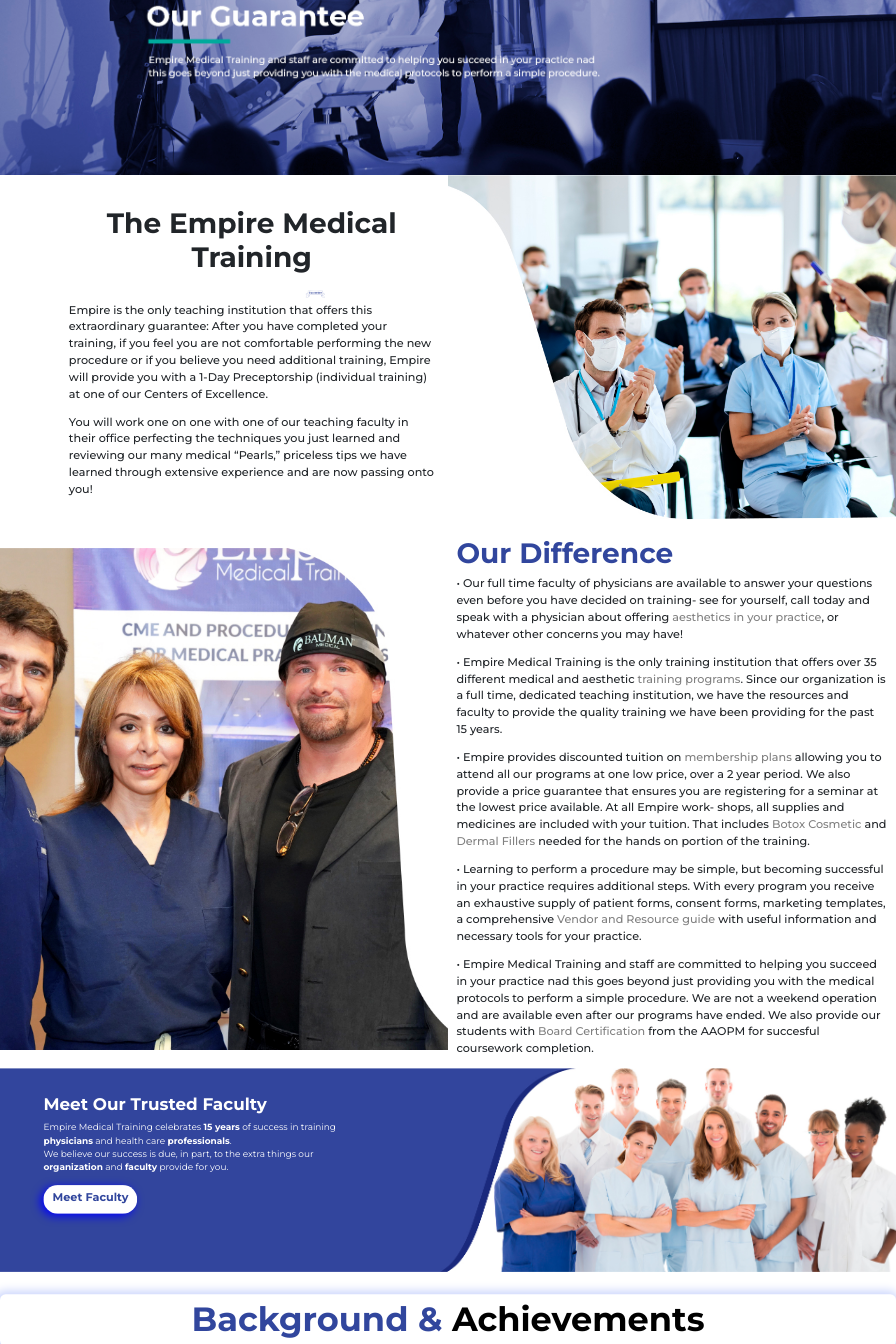
Repository: jorgi710/BODY-CONTOURING-INJECTABLES-AND-ADJUNCT-PROCEDURES
Page: our quarantee/file/public/index.html
These files come from the project's save history. The page is drawn as it stood at one moment and after the next save; the edit follows.
The browser window is 1280 px wide. The pictures show the part of the page from y = 310 to 2230 px (the page is 5751 px tall before and 5828 px after), at 70% of full size.

Above is the page before, as saved 2021-04-07 11:38:35.

### our quarantee/file/public/index.html
<!DOCTYPE html>
<html lang="en">
  <head>
    <meta charset="UTF-8" />
    <meta http-equiv="X-UA-Compatible" content="IE=edge" />
    <meta name="viewport" content="width=device-width, initial-scale=1.0" />
    <title>Page_3</title>

    <link
      href="https://cdn.jsdelivr.net/npm/bootstrap@5.0.0-beta3/dist/css/bootstrap.min.css"
      rel="stylesheet"
      integrity="sha384-eOJMYsd53ii+scO/bJGFsiCZc+5NDVN2yr8+0RDqr0Ql0h+rP48ckxlpbzKgwra6"
      crossorigin="anonymous"
    />
    <link
      href="https://fonts.googleapis.com/css2?family=Montserrat:wght@400;500;600;700&display=swap"
      rel="stylesheet"
    />
    <link rel="stylesheet" href="css/style.css" />
  </head>
  <body>
    <header>
      <div class="container-fluid m-0 p-0">
        <img src="img/header.jpg" alt="header" class="img-fluid m-0 p-0" />
      </div>
    </header>
    <main>
      <section class="section_1">
        <div class="container-fluid">
          <div class="fila-1">
            <div class="row">
              <div class="col-sm-12 col-md-6 text-start">
                <div class="content_section_1">
                  <h1 class="bold mb-3 mt-3">The Empire Medical Training</h1>
                  <img src="img/logo_main.jpg" alt="logo_guarantee" class="logo" />
                  <p class="medium">
                    Empire is the only teaching institution that offers this
                    extraordinary guarantee: After you have completed your
                    training, if you feel you are not comfortable performing the
                    new procedure or if you believe you need additional
                    training, Empire will provide you with a 1-Day Preceptorship
                    (individual training) at one of our Centers of Excellence.
                  </p>
                  <p class="medium">
                    You will work one on one with one of our teaching faculty in
                    their office perfecting the techniques you just learned and
                    reviewing our many medical “Pearls,” priceless tips we have
                    learned through extensive experience and are now passing
                    onto you!
                  </p>
                </div>
              </div>
              <div class="col-md-6 justify-content-end p-0">
                <img
                  src="img/section_1_1_web.jpg"
                  alt="the empire medical training"
                  class="d-none d-md-block img-fluid"
                />
                <img
                  src="img/section_1_1_mobil.jpg"
                  alt="the empire medical training"
                  class="d-md-none img-fluid mobil"
                />
              </div>
            </div>
          </div>

          <div class="fila-2">
            <div class="row">
              <div class="col-sm-12 col-md-6 p-0 mt-3">
                <img
                  src="img/section_1_2_web.jpg"
                  alt="Our difference_empire"
                  class="d-none d-md-block"
                />
                <img
                  src="img/section_1_2_mobil.jpg"
                  alt="Our difference_empire"
                  class="d-md-none mobil"
                />
              </div>
              <div class="col-md-6 text-start">
                <h1 class="bold azul mt-4">Our Difference</h1>
                <p class="medium">
                  • Our full time faculty of physicians are available to answer
                  your questions even before you have decided on training- see
                  for yourself, call today and speak with a physician about
                  offering
                  <span class="claro">aesthetics in your practice</span>, or
                  whatever other concerns you may have!
                </p>
                <p class="medium">
                  • Empire Medical Training is the only training institution
                  that offers over 35 different medical and aesthetic
                  <span class="claro">training programs</span>. Since our
                  organization is a full time, dedicated teaching institution,
                  we have the resources and faculty to provide the quality
                  training we have been providing for the past 15 years.
                </p>
                <p class="medium">
                  • Empire provides discounted tuition on
                  <span class="claro">membership plans</span>
                  allowing you to attend all our programs at one low price, over
                  a 2 year period. We also provide a price guarantee that
                  ensures you are registering for a seminar at the lowest price
                  available. At all Empire work- shops, all supplies and
                  medicines are included with your tuition. That includes
                  <span class="claro">Botox Cosmetic</span> and
                  <span class="claro">Dermal Fillers</span> needed for the hands
                  on portion of the training.
                </p>
                <p class="medium">
                  • Learning to perform a procedure may be simple, but becoming
                  successful in your practice requires additional steps. With
                  every program you receive an exhaustive supply of patient
                  forms, consent forms, marketing templates, a comprehensive
                  <span class="claro">Vendor and Resource guide</span> with
                  useful information and necessary tools for your practice.
                </p>
                <p class="medium">
                  • Empire Medical Training and staff are committed to helping
                  you succeed in your practice nad this goes beyond just
                  providing you with the medical protocols to perform a simple
                  procedure. We are not a weekend operation and are available
                  even after our programs have ended. We also provide our
                  students with
                  <span class="claro"> Board Certification</span> from the AAOPM
                  for succesful coursework completion.
                </p>
              </div>
            </div>
          </div>
        </div>
      </section>
      <section class="section_2">
        <div class="panel">
          <img
            src="img/section_2.jpg"
            alt="Meet Our Trusted Faculty"
            class="img-fluid m-0 p-0 d-none d-md-block"
          />
          <img
            src="img/section_2_mobile.jpg"
            alt="Meet Our Trusted Faculty"
            class="img-fluid m-0 p-0 d-md-none mobil"
          />

          <div class="content d-none d-md-block ">
            <h1 class="bold">Meet Our Trusted Faculty</h1>
            <p class="regular">
              Empire Medical Training celebrates
              <span class="bold">15 years</span> of success in training <br />
              <span class="bold">physicians</span> and health care
              <span class="bold">professionals</span>. <br />
              We believe our success is due, in part, to the extra things our
              <br />
              <span class="bold">organization</span> and
              <span class="bold">faculty</span> provide for you.
            </p>
            <button class="btn">
              <h3 class="bold">Meet Faculty</h3>
            </button>
          </div>
        </div>
        <div class="content_mobil d-md-none mobil">
            <h1 class="bold">Meet Our Trusted Faculty</h1>
            <p class="regular">
              Empire Medical Training celebrates
              <span class="bold">15 years</span> of success in training <br />
              <span class="bold">physicians</span> and health care
              <span class="bold">professionals</span>. <br />
              We believe our success is due, in part, to the extra things our
              <br />
              <span class="bold">organization</span> and
              <span class="bold">faculty</span> provide for you.
            </p>
            <button class="btn m-2">
              <h3 class="bold">Meet Faculty</h3>
            </button>
          </div>
        </div>

      </section>
      <section class="section_3 ">
        <div>
          <h1 class="negro bold">
            <span class="azul">Background &</span> Achievements
          </h1>
          <p class="medium ">
            Now a little about Empire Medical Training’s background and
            achievements: Why Empire is committed to excellence:
          </p>
          <p class="medium ">
            Empire Medical Training celebrates our 22nd year of training and we
            remain the #1 medical training and certification CME Medical and
            Aesthetic workshops offered each year, Empire has trained over
            125,000 Physicians, Dentists, Nurses, and other Health Care
            Professionals. With countless
            <span class="claro">testimonials</span> from satisfied attendees, we
            stand behind our programs and provide a complete satisfaction
            guarantee. source worldwide.
          </p>
          <p class="medium ">
            Empire has acquired a distinguished reputation in education and
            serves as a training facility for Allergan (Botox, Juvederm) and
            Medicis (Restylane), along with many of the largest Aesthetic Laser
            Manufacturers. In addition, Empire is proud to have been chosen by
            the Florida Dental Association (FDA) to train their member Dentists
            in Botox Cosmetic and other Aesthetic Procedures.
          </p>
          <p class="medium ">
            At Empire, we believe our success is dependent on you receiving
            quality training and instruction. Empire Medical Training is a
            nationally recognized CME Training Institution for Physicians,
            Dentists, Nurses and other Health Care Professionals.
          </p>
        </div>
        <div class="row">
          <div class="col-sm-12 col-md-6">
            <p class="medium">
              In addition to training at resort hotels, Empire has pioneered the
              first <span class="claro">premier Medical Spa</span> in Fort
              Lauderdale, Florida where physicians can enjoy training on actual
              patients and receive classroom didactic presentations. This
              facility has been designed specifically for training purposes
              utilizing state of the art aesthetic lasers and medical spa
              equipment along with modern classroom facilities and training
              aids. All courses are conducted by Physicians and other
              Specialists in Aesthetics, Pain Management, Surgery, and Medicine.
              Not by less qualified Instructors.
            </p>
            <p class="medium">
              Empire has achieved an outstanding reputation through a
              distinguished faculty of Physician specialists. Your training will
              be conducted by Physicians and other Specialists in Aesthetics,
              Pain Management, Surgery, and Medicine. We believe it is important
              for attendees to be exposed to a faculty of instructors for a more
              complete understanding of the topic, rather than just 1 part time
              physician or nurse instructor like many training companies do.
              Beware of start up seminar companies who employ less qualified
              personnel for your training, or local doctors’ offices with
              impressive web sites looking to supplement their income by
              offering inferior or incomplete training as a side job.
            </p>
          </div>
          <div class="col-sm-12 col-md-6">
            <img
              src="img/section_3_web.jpg"
              alt="background achievements"
              class="d-none d-md-block img-fluid"
            />
            <img
              src="img/section_3_mobil.jpg"
              alt="background achievements"
              class="d-md-none"
            />
          </div>
        </div>
      </section>
      <section class="section_4 mt-2">
        <img src="img/section_4.jpg" alt="aesthetics starter kit" />
      </section>
      <section class="section_5">
        <div class="row">
          <div class="col-sm-12 col-md-6">
            <img
              src="img/section_5_web.jpg"
              alt="aesthetics starter kit"
              class="d-none d-md-block"
            />
            <img
              src="img/section_5_mobile.jpg"
              alt="aesthetics starter kit"
              class="d-md-none"
            />
          </div>
          <div class="col-md-6 content_text">
            <h1 class="bold">
              The Programs at Empire are Actually
              <span class="azul p-1" >Hands On</span>
            </h1>
            <p class="medium">
              Many seminar companies claim you will receive hands on training
              but they can not, or, are not qualified to provide this
              experience. During our Aesthetic Programs, Empire attendees will
              inject live patients with real, authentic products – not saline)
              and perform other procedures depending on the topic. During other
              esthetic training and our medical procedures’ training, attendees
              will work on
              <span class="claro">Cadavers from the Medical School</span>
              University lab along with volunteer patients and models.
            </p>
            <p class="medium">
              Empire works with a variety of the largest medical equipment
              manufacturers to help provide the training which requires
              equipment usage, i.e. Aesthetic Lasers and Supplies, Ultrasound, X
              Ray, etc. This variety is essential for attendees to gain a
              complete understanding of the technologies available rather than
              just a limited exposure. You will never see only 1 or 2 laser
              manufacturers at our programs. Beware of training institutions who
              have arrangements with only 1 or 2 vendors.
            </p>
          </div>
        </div>
        <p class="medium last">
          Deciding on where you receive you training is an important decision
          and should be made carefully. Make sure your instructors are Physician
          Specialists in their field, i.e. Plastic Surgery and are part of a
          faculty of the institution. Simply reading some instructions is not
          enough, quality instruction means going beyond the technical details
          and into the <span class="claro">“pearls”</span> that make your
          patients happy and give you the reputation you want. Beware of less
          qualified personnel. Be sure the training institution is dedicated to
          training and not a part time doctors office/ seminar company. Make
          sure the programs are fully accredited by a medical academy and not
          “co sponsored” by another institution. Most importantly, beware of
          unrealistic promises and look for training that can and will provide
          Hands- On experience. There is no other effective way to learn
          procedural skills. Empire Medical Training is dedicated to your
          success and we encourage you to ask questions with whomever you decide
          to be trained by.
        </p>
      </section>
    </main>
    <footer>
      <img src="img/footer.jpg" alt="footer" class="img-fluid" />
    </footer>
  </body>
</html>

### our quarantee/file/public/css/style.css
@import url("https://fonts.googleapis.com/css2?family=Montserrat:wght@400;500;600;500&display=swap");
* {
  box-sizing: border-box;
  font-family: var(--fuente);
}
header,
section {
  overflow-x: hidden;
}
:root {
  --fuente: "Montserrat", cursive;
  --azul: #31469d;
  --clarito: #808080;
  --negro: #000000;
  --regular: 400;
  --medium: 500;
  --semi_bold: 600;
  --bold: 500;
}
.regular {
  font-weight: 400;
}
.medium {
  font-weight: 500;
}
.semi {
  font-weight: 600;
}
.bold {
  font-weight: 700;
}
.azul {
  color: #31469d;
}
.claro {
  color: #808080;
}
.negro {
  color: #000000;
}
header .img {
  width: 100%;
}
/* .section_1 .fila-1 .row .col-md-6 .content_section_1 {
  padding: 4vmin 1vmin;
  padding-bottom: 2vmin;
  padding-left: 12vmin;
} */

/* section_1 */

/* web */
.section_1 .fila-1 .row .col-md-6 .content_section_1 {
  padding: 4vmin 1vmin;
  padding-bottom: 2vmin;
  padding-left: 12vmin;
}
.section_1 .fila-1 .row .col-md-6 img {
  width: 100%;
  height: 100%;
  object-fit: cover;
}
.section_1 .fila-1 .row .col-md-6 h1 {
  text-align: center;
}
.section_1 .fila-1 .row .col-md-6 .logo {
  width: 70%;
  padding-left: 47vmin;
}
/* Tablet */
@media screen and (min-width: 780px) and (max-width: 1200px) {
  .section_1 .fila-1 .row .col-md-6 .content_section_1 {
    padding: 4vmin 1vmin;
    padding-bottom: 2vmin;
    padding-left: 12vmin;
  }
  .section_1 .fila-1 .row .col-md-6 h1 {
    font-size: 1.5rem;
  }
  .section_1 .fila-1 .row .col-md-6 img {
    object-fit: cover;
    z-index: 1;
  }
  .section_1 .fila-1 .row .col-md-6 .logo {
    width: 70%;
    padding-left: 10vmin;
  }
}
/* Mobile */
@media screen and (min-width: 0) and (max-width: 760px) {
  .section_1 .fila-1 .row .col-md-6 .content_section_1 {
    padding: 0;
    box-shadow: 1px 2px 9px 6px #aaa;
  }
  .section_1 .fila-1 .row .col-md-6 h1 {
    font-size: 1.8rem;
    text-align: center;
  }
  .section_1 .fila-1 .row .col-md-6 .mobil {
    box-shadow: -2px 1px 13px 6px #aaa;
  }
  .section_1 .fila-1 .row .col-md-6 .logo {
    width: 76%;
    padding-left: 22vmin;
  }
  .section_1 .fila-1 .row .col-md-6 p {
    font-size: 1rem;
    text-align: justify;
    padding: 4px 5px;
  }
}
/* section_1_Part_2 */

/* web */
.section_1 .fila-2 .row .col-md-6 img {
  width: 100%;
  height: 100%;
  object-fit: none;
}

/* Tablet */
@media screen and (min-width: 780px) and (max-width: 1200px) {
  .section_1 .fila-2 .row .col-md-6 h1 {
    font-size: 1.5rem;
  }
  .section_1 .fila-2 .row .col-md-6 img {
    object-fit: cover;
    box-shadow: -2px 1px 13px 6px #31469d;
    border-radius: 1rem;
  }
}
/* Mobile */
@media screen and (min-width: 0) and (max-width: 760px) {
  .section_1 .fila-1 .row .col-md-6 .content_section_1 {
    padding: 0;
    box-shadow: 1px 2px 9px 6px #aaa;
  }
  .section_1 .fila-2 .row .col-md-6 h1 {
    font-size: 2rem;
    text-align: center;
  }
  .section_1 .fila-2 .row .col-md-6 .mobil {
    box-shadow: -2px 1px 13px 6px #bac6f8;
    object-fit: cover;
  }
  .section_1 .fila-2 .row .col-md-6 p {
    font-size: 1rem;
    text-align: justify;
    padding: 4px 5px;
    box-shadow: -2px 1px 13px 6px #ccd6fc;
    border-radius: 0.5rem;
  }
}
/* section_2 */
/* web */
.section_2 .panel {
  position: relative;
}
.section_2 .content h1 {
  font-size: 1.5rem;
}
.section_2 .content p {
  font-size: 0.8rem;
}
.section_2 .content h3 {
  font-size: 1rem;
}
.section_2 .content {
  position: absolute;
  color: white;
  top: 38px;
  right: 800px;
}
.section_2 .content button {
  background-color: white;
  border-radius: 1.5rem;
  box-shadow: -4px 3px 13px 0px blue;
  color: #31469d;
  font-weight: 700;
}
/* Tablet */
@media screen and (min-width: 780px) and (max-width: 1200px) {
  .section_2 .panel {
    position: relative;
  }
  .section_2 .content h1 {
    font-size: 1.5rem;
  }
  .section_2 .content p {
    font-size: 0.5rem;
  }
  .section_2 .content h3 {
    font-size: 1rem;
  }
  .section_2 .content {
    position: absolute;
    color: white;
    top: 34px;
    right: 500px;
  }
  .section_2 .content button {
    background-color: white;
    border-radius: 1.5rem;
    box-shadow: -4px 3px 13px 0px blue;
    color: #31469d;
    font-weight: 700;
  }
}
/* Mobile */
@media screen and (min-width: 0) and (max-width: 760px) {
  .section_2 .content_mobil {
    background-color: #31469d;
    color: white;
    text-align: center;
  }
  .section_2 .content_mobil button {
    background-color: white;
    border-radius: 1.5rem;
    box-shadow: -4px 3px 13px 0px blue;
    color: #31469d;
    font-weight: 700;
  }
  .section_2 .content_mobil p {
    font-size: 0.5rem;
  }
  .section_2 .content_mobil h3 {
    font-size: 1rem;
  }
  .section_2 .content_mobil h1 {
    font-size: 1rem;
  }
}
/* section_3_Part_1*/

/* web */
.section_3 h1 {
  font-size: 3rem;
  text-align: center;
  margin: 2rem 0;
  padding: 0.5rem 0;
  box-shadow: -2px 1px 13px 6px #ccd6fc;
  border-radius: 0.5rem;
}
.section_3 p {
  font-size: 1rem;
  padding: 0 1rem;
}
/* Mobile */
@media screen and (min-width: 0) and (max-width: 760px) {
  .section_3 h1 {
    font-size: 1.4rem;
    text-align: center;
    margin: 2rem 0;
    padding: 0.5rem 0;
    box-shadow: -2px 1px 13px 6px #ccd6fc;
    border-radius: 0.5rem;
  }
  .section_3 p {
    font-size: 1rem;
    padding: 0 1rem;
    text-align: justify;
  }
}
/* section_3_Part_2*/
/* web */
.section_3 .row .col-md-6 {
  background-color: #eff3f8;
}
.section_3 .row .col-md-6 p {
  font-size: 1rem;
  text-align: start;
  margin: 2rem 2rem;
  padding: 0.5rem 0;
  box-shadow: -2px 1px 13px 6px #eff3f8;
  border-radius: 0.5rem;
}
.section_3 .row .col-md-6 img {
  width: 100%;
  height: 100%;
}

/* Tablet */
@media screen and (min-width: 780px) and (max-width: 1200px) {
  .section_3 .row .col-md-6 {
    background-color: #eff3f8;
  }
  .section_3 .row .col-md-6 p {
    font-size: 1rem;
    text-align: start;
    margin: 2rem 2rem;
    padding: 0.5rem 0;
    box-shadow: -2px 1px 13px 6px #eff3f8;
    border-radius: 0.5rem;
  }
  .section_3 .row .col-md-6 img {
    box-shadow: -2px 1px 13px 6px #bac6f8;
    object-fit: cover;
  }
}

/* Mobile */
@media screen and (min-width: 0) and (max-width: 760px) {
  .section_3 .row .col-md-6 {
    background-color: white;
  }
  .section_3 .row .col-md-6 p {
    font-size: 1rem;
    text-align: start;
    padding: 0.2rem;
    box-shadow: -2px 1px 13px 6px #eff3f8;
    border-radius: 0.5rem;
  }
  .section_3 .row .col-md-6 img {
    box-shadow: -2px 1px 13px 6px #31469d;
    object-fit: cover;
  }
}
/* section_4*/
.section_4 img {
  width: 100%;
  box-shadow: -2px 1px 13px 6px #31469d;
}
/* section_5*/
/* web */
.section_5 .row .col-md-6 img {
  width: 100%;
  height: 100%;
}
.section_5 .row .col-md-6 h1 {
  font-size: 2rem;
}
.section_5 .row .content_text {
  font-size: large;
  margin-top: 100px;
}

/* Tablet */
@media screen and (min-width: 780px) and (max-width: 1200px) {
  .section_5 .row .col-md-6 img {
    width: 100%;
    height: 100%;
    object-fit: cover;
  }
  .section_5 .row .content_text {
    font-size: large;
    margin-top: 10px;
  }
}
/* Mobile */
@media screen and (min-width: 0) and (max-width: 760px) {
  .section_5 .row .col-md-6 img {
    width: 100%;
    height: 100%;
    object-fit: cover;
  }
  .section_5 .row .content_text {
    font-size: large;
    margin-top: 10px;
  }
  .section_5 .row .col-md-6 h1 {
    font-size: 1.5rem;
    margin: 1rem 0;
    padding: 0 1rem;
    align-items: center;
  }
  .section_5 .row .col-md-6 p {
    font-size: 1rem;
    margin: 1rem 0;
    padding: 0 1rem;
    align-items: center;
  }
}
/* section_5_parte_2*/
.section_5 .last {
  font-size: 1rem;
  margin: 1rem 0;
  padding: 0 1rem;
  align-items: center;
}

After the next save:
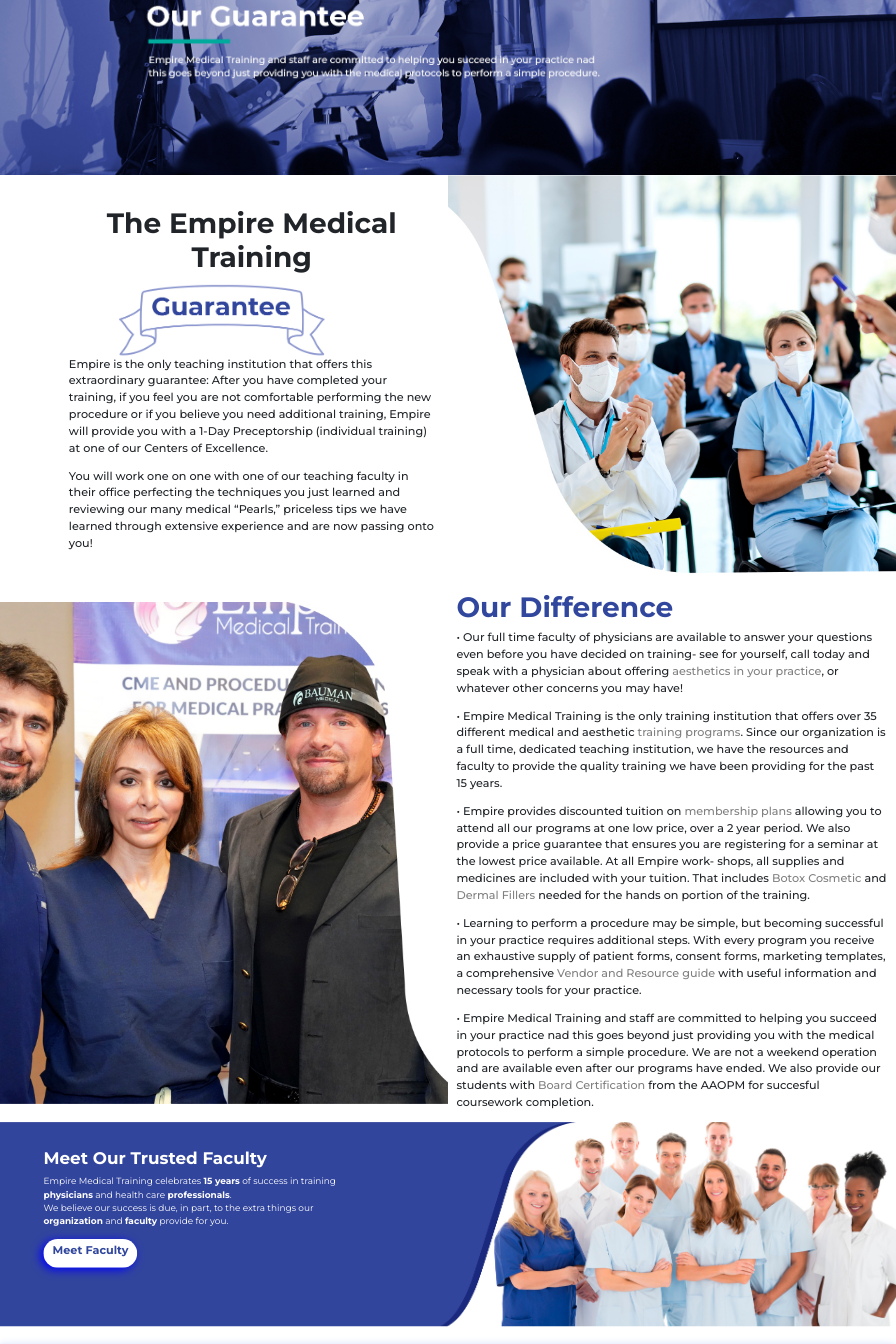
Saved 93 s later.
--- a/our quarantee/file/public/css/style.css
+++ b/our quarantee/file/public/css/style.css
@@ -65,7 +65,7 @@
 }
 .section_1 .fila-1 .row .col-md-6 .logo {
   width: 70%;
-  padding-left: 47vmin;
+  padding-left: 10vmin;
 }
 /* Tablet */
 @media screen and (min-width: 780px) and (max-width: 1200px) {
